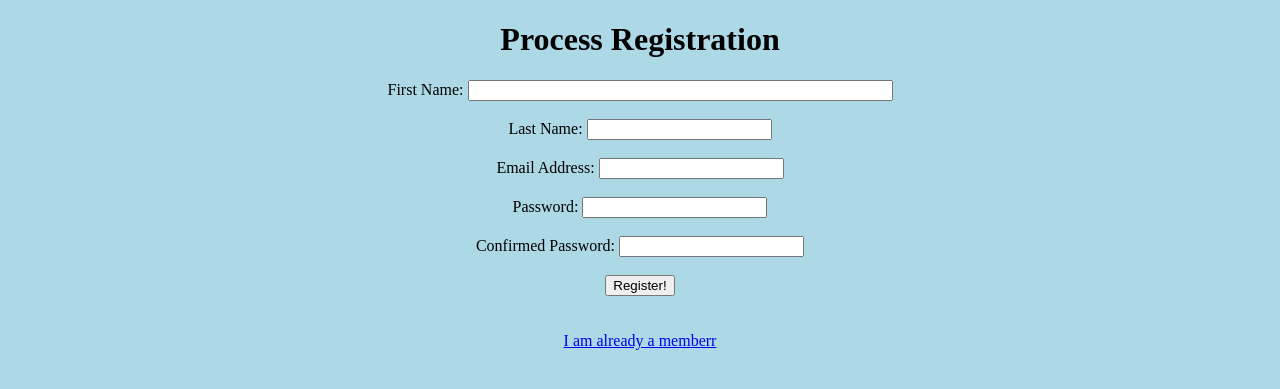
Repository: jedeyejed00/TheGameShaq
Page: http://localhost/ClassWork/ClassAssignment/process_register.php
The author's editor kept a record of every edit. The page is drawn from the files as they stood at one moment, then again after the next edit.
The browser window is 1280 px wide. The pictures show the whole page.
The page is run by PHP 8.4 with error messages shown; the project is at /var/www/html/.

Above is the page before.

After the next edit:
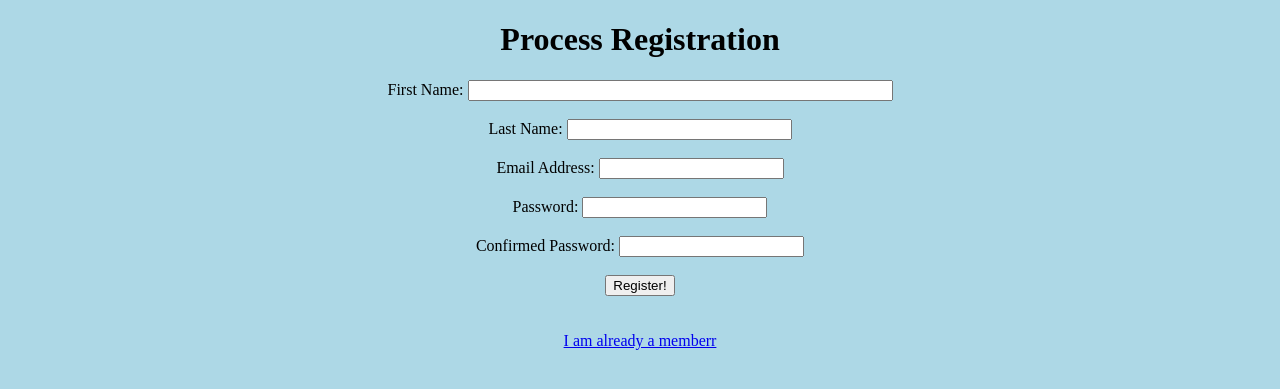
The edit:
--- a/ClassWork/ClassAssignment/process_register.php
+++ b/ClassWork/ClassAssignment/process_register.php
@@ -15,7 +15,7 @@
                     <input type ="firstname" name = "firstName" id="firstname" size="50"> <br><br>
 
                      <label for ="lastname">Last Name:</label>
-                    <input type ="lastname" name = "lastName" id="lastname" size="20"> <br><br>
+                    <input type ="lastname" name = "lastName" id="lastname" size="25"> <br><br>
 
                     <label for ="email">Email Address:</label>
                     <input type ="email" name = "email" id="email" size="20"> <br><br>
